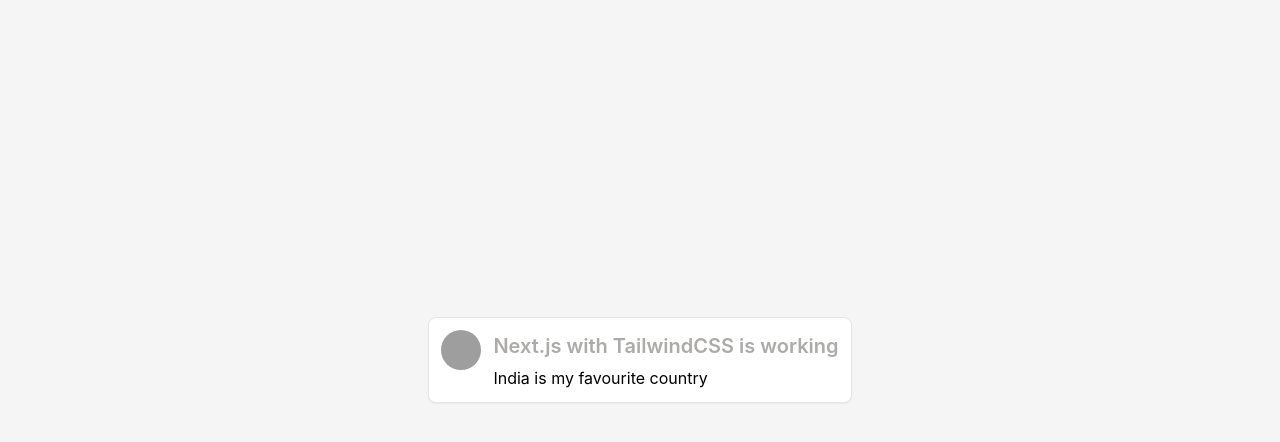
Repository: vignesh33654/resizablesidebar
Page: /
The author's editor kept a copy of each file at every save. The page is drawn from the files as they stood at one save, then again after a run of saves.
The browser window is 1280 px wide. The pictures show the whole page.
The project was rebuilt for these pictures with package versions that can differ from the ones it lists, and the page was loaded fresh each time.

Above is the page before, as saved 2025-11-11 10:35:05.

### index.html
<!doctype html>
<html lang="en">
  <head>
    <meta charset="UTF-8" />
    <link rel="icon" type="image/svg+xml" href="/vite.svg" />
    <meta name="viewport" content="width=device-width, initial-scale=1.0" />
    <title>ai-app</title>
  </head>
  <body>
    <div id="root"></div>
    <script type="module" src="/src/main.tsx"></script>
  </body>
</html>

### src/index.css
@import "tailwindcss";

@theme {

  --color-text-Primary: #37352f;
  --color-text-Secondary: #898986;
  --color-text-Tertiary: #acaba9;
  --color-text-Disabled: #d5d5d4;
  --color-text-white: #ffffff;

  /* Border Colors */
  --color-border-Primary: #e6e6e6;

  /* Background Colors */
  --color-Bg-0: #ffffff;
  --color-Bg-1: #f5f5f5;
  --color-Bg-2: #f1f0f1;

  /* Primitive Colors */
  --color-color-primary: #0d99ff;
  --color-color-success: #14ae5c;
  --color-color-failure: #f24822;
  --color-color-warning: #ffcd29;

  /* Font Sizes */
  --font-size-h1: 30px;
  --font-size-h2: 24px;
  --font-size-h3: 20px;
  --font-size-body-16: 16px;
  --font-size-body-14: 14px;
  --font-size-body-13: 13px;
  --font-size-small-12: 12px;
  --font-size-small-11: 11px;
  --font-size-small-10: 10px;

  /* Line Heights */
  --line-height-h1: 40px;
  --line-height-h2: 32px;
  --line-height-h3: 32px;
  --line-height-body: 24px;
  --line-height-small: 16px;

  /* Shadows */
  --shadow-sm: 0 1px 2px #0000000d;
  --shadow-md: 0 4px 6px #0000001a;
  --shadow-lg: 0 10px 15px #00000026;

}

/* default css styles */
:root {
  font-family: inter, system-ui;
  background-color: #ffffff;

  font-synthesis: none;
  text-rendering: optimizeLegibility;
  -webkit-font-smoothing: antialiased;
  -moz-osx-font-smoothing: grayscale;

   h1 {
    font-size: var(--font-size-h1);
    line-height: var(--line-height-h1);
    letter-spacing: -2.1%;
    font-weight: 600;
  }

  h2 {
    font-size: var(--font-size-h2);
    line-height: var(--line-height-h2);
    letter-spacing: -1.9%;
    font-weight: 600;
  }

  h3 {
    font-size: var(--font-size-h3);
    line-height: var(--line-height-h3);
    letter-spacing: -1.7%;
    font-weight: 600;
  }

  p {
    font-size: var(--font-size-body-16);
    line-height: var(--line-height-body);
    letter-spacing: -1.1%;
    font-weight: 400;
  }

  text-color {
    --primary: var(--color-text-Primary);
    --secondary: var(--color-text-Secondary);
   --tertiary: var(--color-text-Tertiary);
   --disabled: var(--color-text-Disabled);
   --white: var(--color-text-white);
  }

  bg-color {
    --bg0: var(--color-Bg-0);
    --bg1: var(--color-Bg-1);
    --bg2: var(--color-Bg-2);
    --primary: var(--color-color-primary);
    --success: var(--color-color-success);
    --failure: var(--color-color-failure);
    --warning: var(--color-color-warning);
  }

  font-size {
    --h1: var(--font-size-h1);
    --h2: var(--font-size-h2);
    --h3: var(--font-size-h3);
    --body-16: var(--font-size-body-16);
    --body-14: var(--font-size-body-14);
    --body-13: var(--font-size-body-13);
    --small-12: var(--font-size-small-12);
    --small-11: var(--font-size-small-11);
    --small-10: var(--font-size-small-10);
  }

  border-color {
    --primary: var(--color-border-Primary);
  }
}

### src/App.tsx
const imgAvatar = "http://localhost:3845/assets/33bd599f3caa820c5ba115be2d1ef7b018f59693.svg";

export default function App() {
  return (
    <div className="min-h-screen bg-Bg-1 flex items-center justify-center p-8">
      <div className="bg-Bg-0 border border-border-Primary rounded-lg p-3 flex gap-3 max-w-[620px] shadow-sm">
        {/* Avatar */}
        <div className="shrink-0 w-10 h-10">
          <img
            alt="Avatar"
            className="w-full h-full rounded-full object-cover"
            src={imgAvatar}
          />
        </div>

        {/* Content */}
        <div className="flex flex-col gap-1">
          <h3 className="text-text-Tertiary">
            Next.js with TailwindCSS is working
          </h3>
          <div>
            <p className="text-text-secondary "> India is my favourite country </p>
          </div>
        </div>
      </div>
    </div>
  )
}

Loaded but not shown: src/main.tsx (common file)

After the next 2 saves:
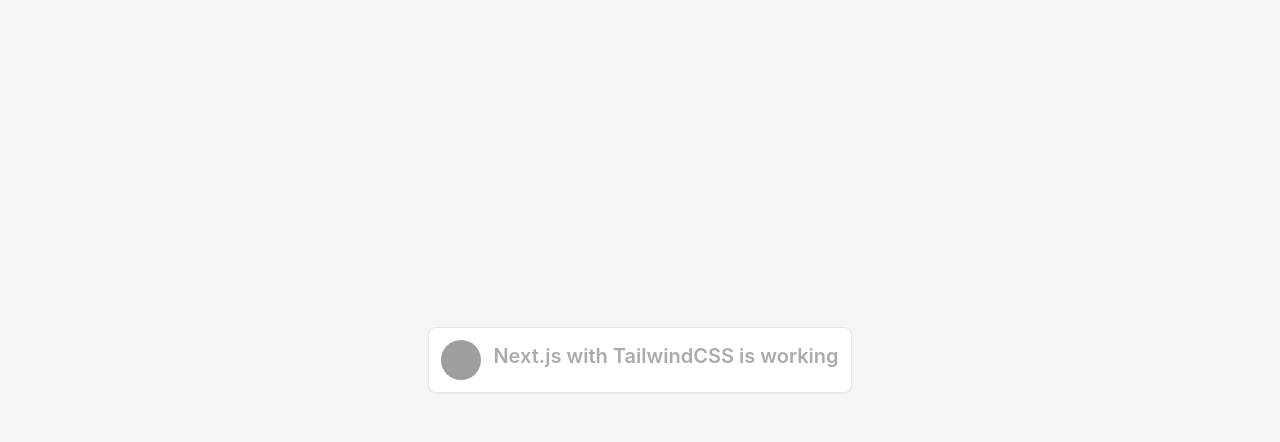
The 2 saves are shown as one change because they came seconds apart.
The last was saved 12 s later.
--- a/src/App.tsx
+++ b/src/App.tsx
@@ -18,8 +18,7 @@
           <h3 className="text-text-Tertiary">
             Next.js with TailwindCSS is working
           </h3>
-          <div>
-            <p className="text-text-secondary "> India is my favourite country </p>
+          <div className="">
           </div>
         </div>
       </div>
